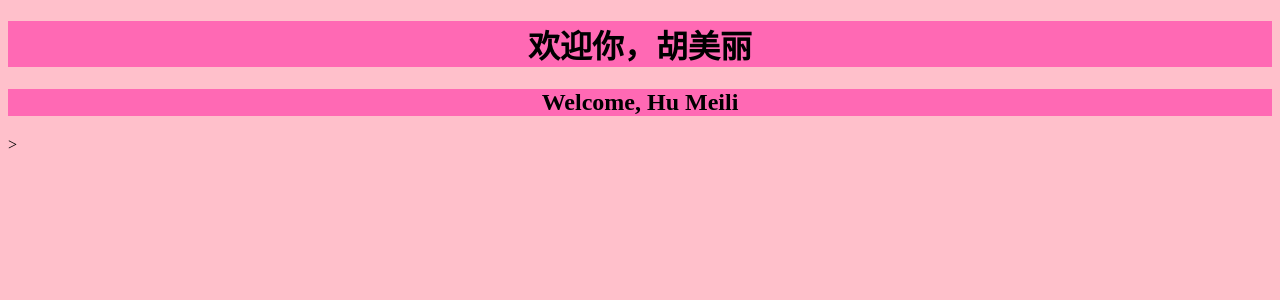
Repository: NanmeiYC/NanmeiYC.github.io
Page: zhuye.html
The author's editor kept a copy of each file at every save. The page is drawn from the files as they stood at one save, then again after the next save.
The browser window is 1280 px wide. The pictures show the whole page.

Above is the page before, as saved 2021-05-28 23:36:57.

After the next save:
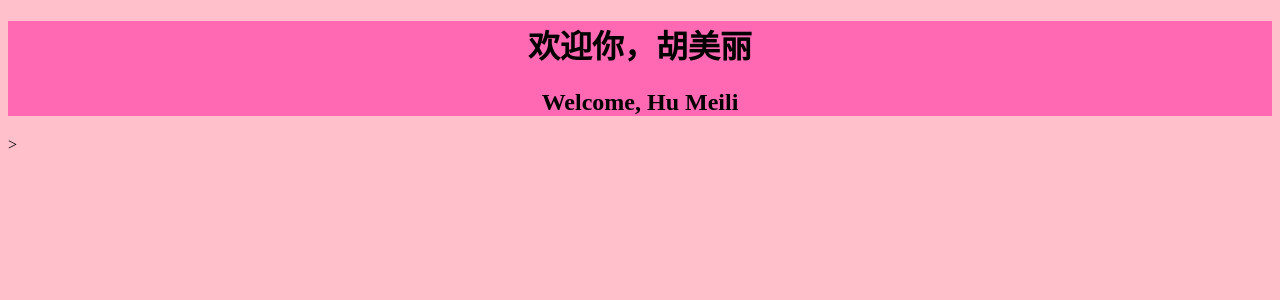
Saved 4 s later.
--- a/zhuye.html
+++ b/zhuye.html
@@ -11,7 +11,7 @@
     </style>
     <body bgcolor="pink">
         <body>
-            <div align="center" style="" >
+            <div align="center" style="background-color: hotpink;" >
             <h1>欢迎你，胡美丽  </h1>
             <h2>Welcome, Hu Meili</h2>
             </div>

After the 2 saves that followed:
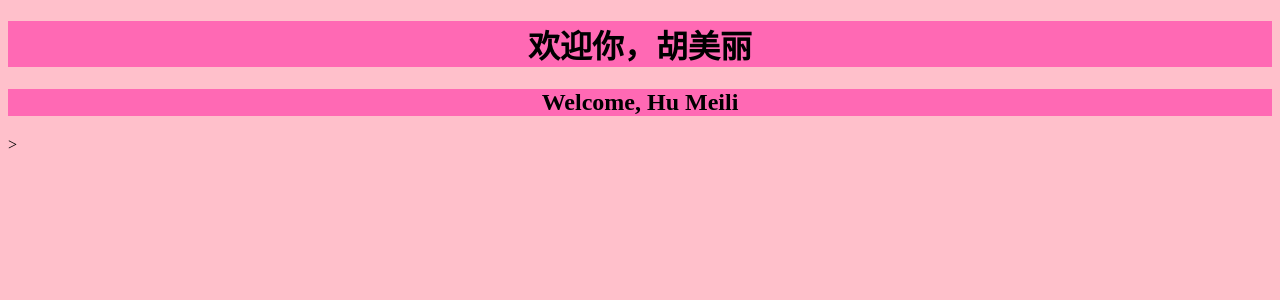
The 2 saves are shown as one change because they came seconds apart.
The last was saved 11 s later.
--- a/zhuye.html
+++ b/zhuye.html
@@ -11,7 +11,7 @@
     </style>
     <body bgcolor="pink">
         <body>
-            <div align="center" style="background-color: hotpink;" >
+            <div align="center" style="background-color: pink;" >
             <h1>欢迎你，胡美丽  </h1>
             <h2>Welcome, Hu Meili</h2>
             </div>
